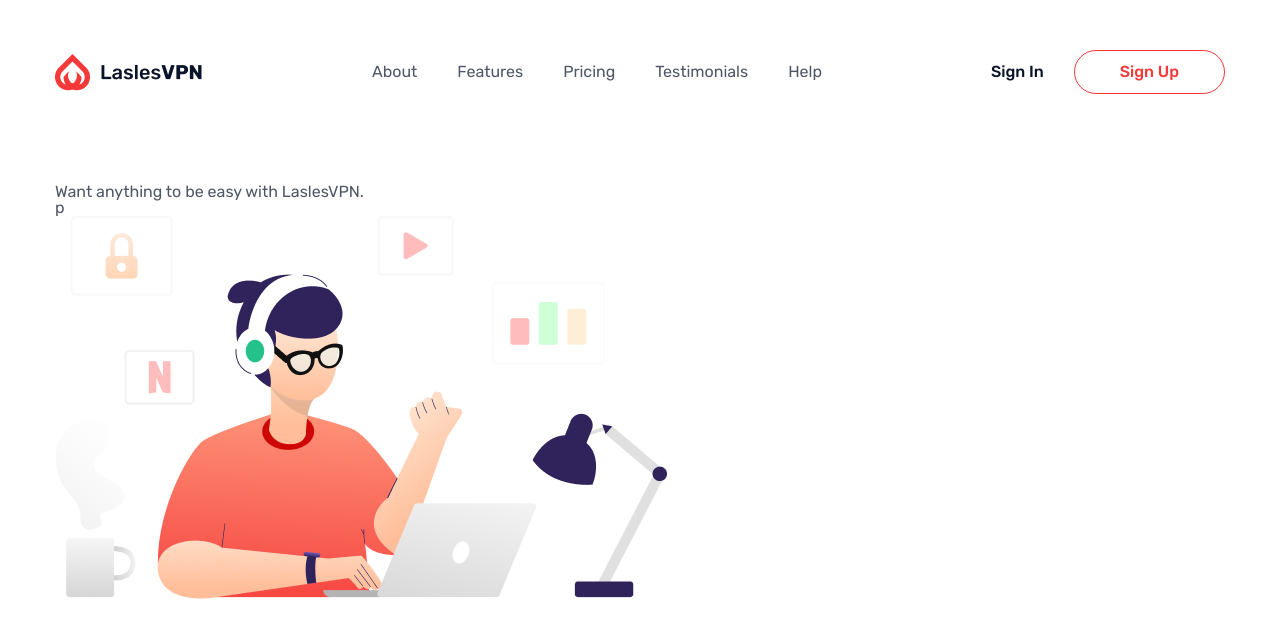
Repository: longvuht/lasles-VPN-vu
Page: index.html
The author's editor kept a copy of each file at every save. The page is drawn from the files as they stood at one save, then again after the next save.
The browser window is 1280 px wide. The pictures show the whole page.
The style sheet was rebuilt from its Sass, Less or Tailwind sources for each picture, by a compiler version that may differ from the author's.

Above is the page before, as saved 2022-09-10 16:13:56.

### index.html
<!DOCTYPE html>
<html lang="en">
  <head>
    <meta charset="UTF-8" />
    <meta name="viewport" content="width=device-width, initial-scale=1.0" />
    <title>lasles vpn vu</title>
    <link rel="preconnect" href="https://fonts.googleapis.com" />
    <link rel="preconnect" href="https://fonts.gstatic.com" crossorigin />
    <link
      href="https://fonts.googleapis.com/css2?family=Rubik:wght@400;500;700&display=swap"
      rel="stylesheet"
    />
    <link rel="stylesheet" href="./css/style.css" />
  </head>
  <body>
    <div class="wrapper">
      <header class="header">
        <div class="container">
          <div class="header-container">
            <img
              src="./img/header-logo.png"
              alt="header logo"
              class="header-logo"
            />
            <ul class="menu">
              <li class="menu-item">
                <a href="#" class="menu-link">About</a>
              </li>
              <li class="menu-item">
                <a href="#" class="menu-link">Features</a>
              </li>
              <li class="menu-item">
                <a href="#" class="menu-link">Pricing</a>
              </li>
              <li class="menu-item">
                <a href="#" class="menu-link">Testimonials</a>
              </li>
              <li class="menu-item">
                <a href="#" class="menu-link">Help</a>
              </li>
            </ul>
            <div class="header-auth">
              <a href="#none" class="header-signin">sign in</a>
              <a href="#none" class="header-signup">sign up</a>
            </div>
          </div>
        </div>
      </header>
      <main>
        <section class="hero">
          <div class="container">
            <div class="hero-container">
              <div class="hero-content">
                <h1 class="hero-heading">
                  Want anything to be easy with <strong>LaslesVPN.</strong>
                </h1>
                p
              </div>
              <div class="hero-image">
                <img src="./img/hero-img.png" alt="hero image" />
              </div>
            </div>
          </div>
        </section>
      </main>
    </div>
  </body>
</html>

### sass/app.scss
@import "reset";
@import "variables";
@import "global";
@import "header";
@import "hero";

### sass/_variables.scss
$font: "Rubik", sans-serif;
$text-color: #4f5665;
$heading-color: #0b132a;
$primary-color: #f53838;
$grey-color: #dde0e4;

### sass/_global.scss
.wrapper {
  max-width: 1440px;
  margin: 0 auto;
}
.container {
  max-width: 1170px;
  margin: 0 auto;
  padding: 0 15px;
}

body {
  line-height: 1;
  font-family: $font;
  color: $text-color;
  font-size: 16px;
  font-weight: 400;
}

### sass/_header.scss
.header {
  padding-top: 50px;
  padding-bottom: 90px;
  &-container {
    display: flex;
    justify-content: space-between;
    align-items: center;
  }
  &-auth {
    display: flex;
    align-items: center;
    gap: 0 30px;
    text-transform: capitalize;
  }
  &-signin {
    font-weight: 500;
    color: $heading-color;
    text-decoration: none;
  }
  &-signup {
    padding: 13px 45px;
    border-radius: 100rem;
    color: $primary-color;
    border: 1px solid;
    font-weight: 500;
    text-decoration: none;
  }
}

.menu {
  list-style: none;
  display: flex;
  align-items: center;
  gap: 0 40px;
  &-link {
    color: inherit;
    text-decoration: none;
  }
}

Loaded but not shown: sass/_reset.scss (common file); sass/_hero.scss (no stored copy; drawn as an empty file)

After the next save:
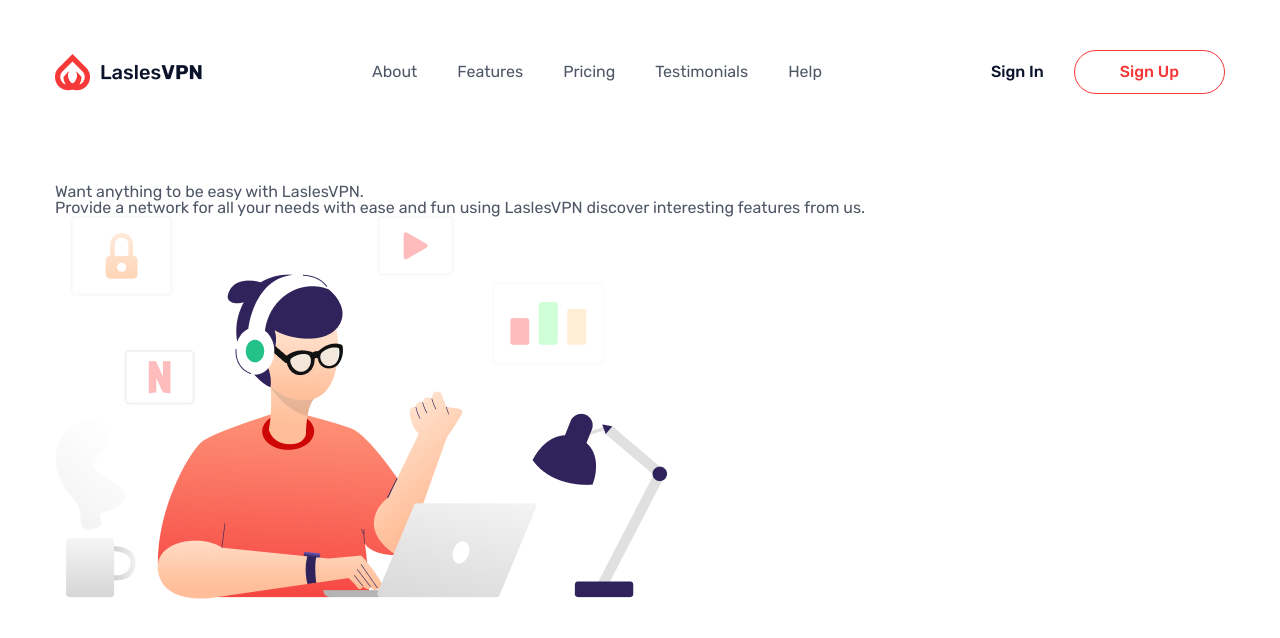
Saved 18 s later.
--- a/index.html
+++ b/index.html
@@ -54,7 +54,10 @@
                 <h1 class="hero-heading">
                   Want anything to be easy with <strong>LaslesVPN.</strong>
                 </h1>
-                p
+                <p class="hero-desc">
+                  Provide a network for all your needs with ease and fun using
+                  LaslesVPN discover interesting features from us.
+                </p>
               </div>
               <div class="hero-image">
                 <img src="./img/hero-img.png" alt="hero image" />
